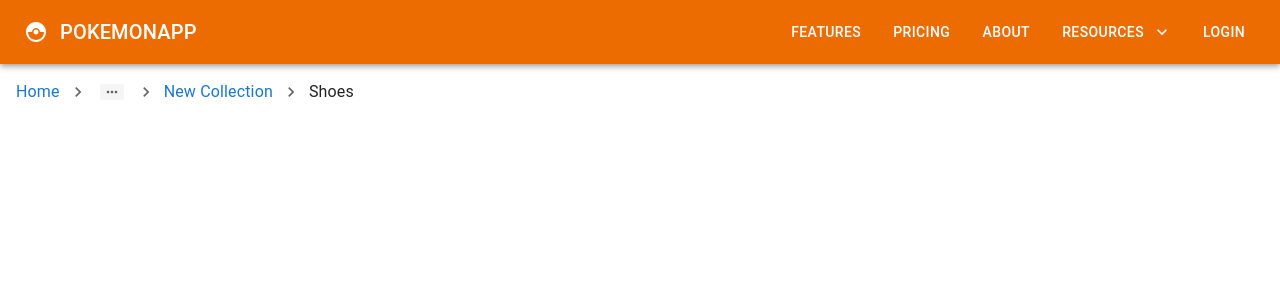
Repository: janidulnkg1/react-mui
Page: / (app in mui-demo/)
The author's editor kept a copy of each file at every save. The page is drawn from the files as they stood at one save, then again after a run of saves.
The browser window is 1280 px wide. The pictures show the whole page.
The project was rebuilt for these pictures with package versions that can differ from the ones it lists, and the page was loaded fresh each time.

Above is the page before, as saved 2023-11-13 11:15:13.

### mui-demo/public/index.html
<!DOCTYPE html>
<html lang="en">
  <head>
    <meta charset="utf-8" />
    <link rel="icon" href="%PUBLIC_URL%/favicon.ico" />
    <meta name="viewport" content="width=device-width, initial-scale=1" />
    <meta name="theme-color" content="#000000" />
    <meta
      name="description"
      content="Web site created using create-react-app"
    />
    <link rel="apple-touch-icon" href="%PUBLIC_URL%/logo192.png" />
    <!--
      manifest.json provides metadata used when your web app is installed on a
      user's mobile device or desktop. See https://developers.google.com/web/fundamentals/web-app-manifest/
    -->
    <link rel="manifest" href="%PUBLIC_URL%/manifest.json" />
    <!--
      Notice the use of %PUBLIC_URL% in the tags above.
      It will be replaced with the URL of the `public` folder during the build.
      Only files inside the `public` folder can be referenced from the HTML.

      Unlike "/favicon.ico" or "favicon.ico", "%PUBLIC_URL%/favicon.ico" will
      work correctly both with client-side routing and a non-root public URL.
      Learn how to configure a non-root public URL by running `npm run build`.
    -->
    <title>react-mui-ts-demo</title>
  </head>
  <body>
    <noscript>You need to enable JavaScript to run this app.</noscript>
    <div id="root"></div>
    <!--
      This HTML file is a template.
      If you open it directly in the browser, you will see an empty page.

      You can add webfonts, meta tags, or analytics to this file.
      The build step will place the bundled scripts into the <body> tag.

      To begin the development, run `npm start` or `yarn start`.
      To create a production bundle, use `npm run build` or `yarn build`.
    -->
  </body>
</html>

### mui-demo/src/App.tsx
import './App.css';
//import { MuiTypography } from './components/MuiTypography';
//import { MuiButton } from './components/MuiButton';
//import {MuiTextField } from './components/MuiTextField'
//import {MuiSelect } from './components/MuiSelect'
//import { MuiRadioButton } from './components/MuiRadioButton';
//import { MuiCheckbox } from './components/MuiCheckbox';
//import { MuiSwitch } from './components/MuiSwitch';
//import { MuiRating } from './components/MuiRating';
//import { MuiAutocomplete } from './components/MuiAutocomplete';
//import { MuiLayout } from './components/MuiLayout';
//import { MuiCard } from './components/MuiCard';
//import { MuiAccordion } from './components/MuiAccordion';
//import { MuiImageList } from './components/MuiImageList';
import { MuiNavbar } from './components/MuiNavbar';
//import { MuiLink} from './components/MuiLink';
import { MuiBreadcrumbs } from './components/MuiBreadcrumbs';



function App() {
  return (
    <div className="App">

      {/*MuiTypography */}
      {/*MuiButton */}
      {/*MuiTextField */}
      {/*MuiSelect */}
      {/*MuiRadioButton */}
      {/*MuiCheckbox*/}
      {/*MuiSwitch */}
      {/*MuiRating */}
      {/*MuiAutocomplete */}
      {/*MuiLayout */}
      {/*MuiCard */}
      {/*MuiAccordion */}
      {/*MuiImageList */}
      <MuiNavbar />
      {/*MuiLink */}
      <MuiBreadcrumbs />
    </div>
  );
}

export default App;

### mui-demo/src/App.css
body{
  /* background-color: #eeeeee; */
}

.App {
  /* padding: 4rem; */
}

.App-logo {
  height: 40vmin;
  pointer-events: none;
}

@media (prefers-reduced-motion: no-preference) {
  .App-logo {
    animation: App-logo-spin infinite 20s linear;
  }
}

.App-header {
  background-color: #282c34;
  min-height: 100vh;
  display: flex;
  flex-direction: column;
  align-items: center;
  justify-content: center;
  font-size: calc(10px + 2vmin);
  color: white;
}

.App-link {
  color: #61dafb;
}

@keyframes App-logo-spin {
  from {
    transform: rotate(0deg);
  }
  to {
    transform: rotate(360deg);
  }
}

### mui-demo/src/components/MuiNavbar.tsx
import {
    AppBar,
    Toolbar,
    IconButton,
    Typography,
    Button,
    Stack,
    Menu,
    MenuItem
  } from '@mui/material'
  import CatchingPokemonIcon from '@mui/icons-material/CatchingPokemon'
  import KeyboardArrowDownIcon from '@mui/icons-material/KeyboardArrowDown'
  import { useState } from 'react'

  export const MuiNavbar = () => {
    const [anchorEl, setAnchorEl] = useState<null | HTMLElement>(null)
    const open = Boolean(anchorEl)
    const handleClick = (event: React.MouseEvent<HTMLButtonElement>) => {
      setAnchorEl(event.currentTarget)
    }
    const handleClose = () => {
      setAnchorEl(null)
    }
    return (
      <AppBar position='static' color='warning' >
        <Toolbar>
          <IconButton size='large' edge='start' color='inherit' aria-label='logo'>
            <CatchingPokemonIcon />
          </IconButton>
          <Typography variant='h6' component='div' sx={{ flexGrow: 1 }}>
            POKEMONAPP
          </Typography>
          <Stack direction='row' spacing={2}>
            <Button color='inherit'>Features</Button>
            <Button color='inherit'>Pricing</Button>
            <Button color='inherit'>About</Button>
            <Button
              color='inherit'
              id='resources-button'
              aria-controls={open ? 'resources-menu' : undefined}
              aria-haspopup='true'
              aria-expanded={open ? 'true' : undefined}
              endIcon={<KeyboardArrowDownIcon />}
              onClick={handleClick}>
              Resources
            </Button>
            <Button color='inherit'>Login</Button>
          </Stack>
          <Menu
            id='resources-menu'
            anchorEl={anchorEl}
            open={open}
            onClose={handleClose}
            anchorOrigin={{
              vertical: 'bottom',
              horizontal: 'right'
            }}
            transformOrigin={{
              vertical: 'top',
              horizontal: 'right'
            }}
            MenuListProps={{
              'aria-labelledby': 'resources-button'
            }}>
            <MenuItem onClick={handleClose}>Blog</MenuItem>
            <MenuItem onClick={handleClose}>Podcast</MenuItem>
          </Menu>
        </Toolbar>
      </AppBar>
    )
  }

### mui-demo/src/components/MuiBreadcrumbs.tsx
import { Box, Breadcrumbs, Link, Typography } from '@mui/material'
import NavigateNextIcon from '@mui/icons-material/NavigateNext'

export const MuiBreadcrumbs = () => {
  return (
    <Box m={2}>
      <Breadcrumbs
        separator={<NavigateNextIcon fontSize='small' />}
        maxItems={3}
        itemsAfterCollapse={2}
        aria-label='breadcrumb'>
        <Link underline='hover' href='#'>
          Home
        </Link>
        <Link underline='hover' href='#'>
          Catalog
        </Link>
        <Link underline='hover' href='#'>
          Accessories
        </Link>
        <Link underline='hover' href='#'>
          New Collection
        </Link>
        <Typography color='text.primary'>Shoes</Typography>
      </Breadcrumbs>
    </Box>
  )
}

Loaded but not shown: mui-demo/src/index.tsx (common file); mui-demo/src/index.css (common file); mui-demo/src/reportWebVitals.ts (common file)

After the next 3 saves:
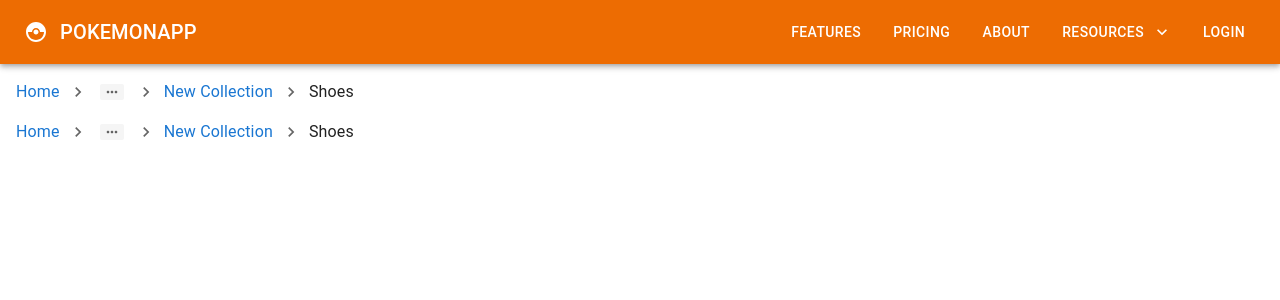
The 3 saves are shown as one change because they came seconds apart.
The last was saved 36 s later.
--- a/mui-demo/src/App.tsx
+++ b/mui-demo/src/App.tsx
@@ -15,6 +15,7 @@ import './App.css';
 import { MuiNavbar } from './components/MuiNavbar';
 //import { MuiLink} from './components/MuiLink';
 import { MuiBreadcrumbs } from './components/MuiBreadcrumbs';
+
 
 
 
@@ -38,6 +39,7 @@ function App() {
       <MuiNavbar />
       {/*MuiLink */}
       <MuiBreadcrumbs />
+      <MuiBreadcrumbs />
     </div>
   );
 }
